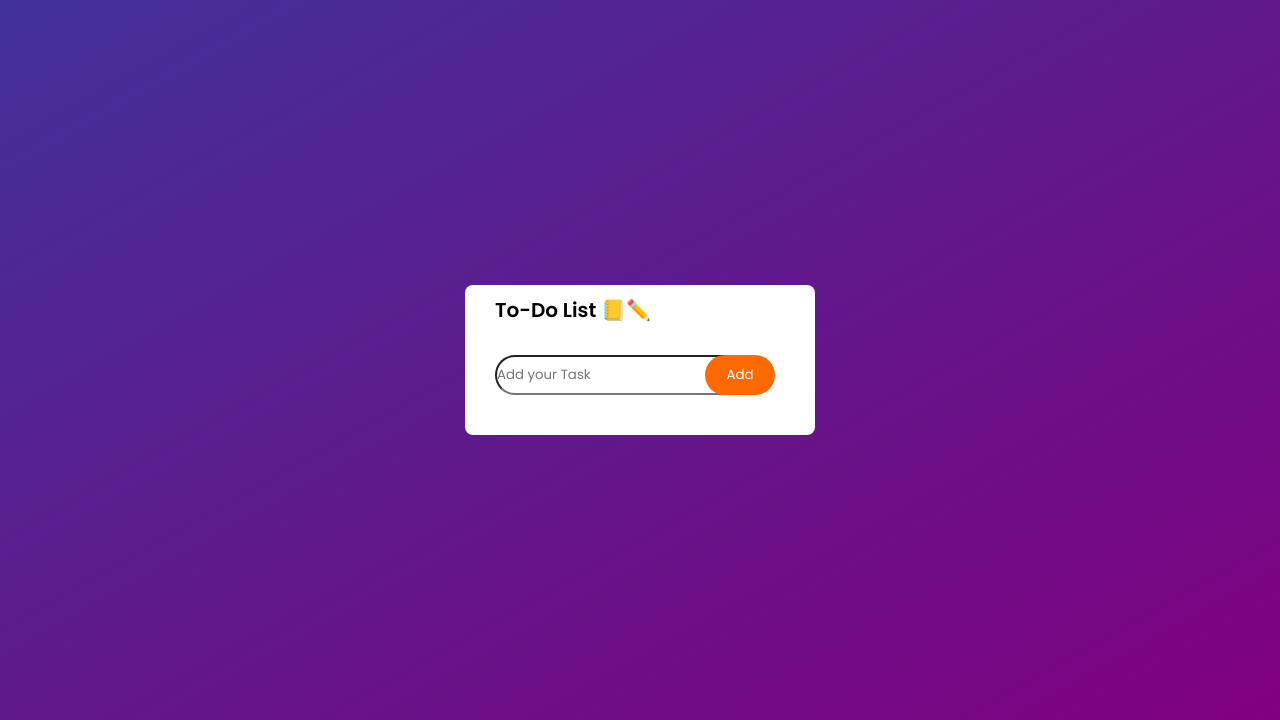
Repository: Ankitkr2021/To-Do-List
Page: index.html
These files come from the project's save history. The page is drawn as it stood at one moment and after the next save; the edit follows.
The browser window is 1280 px wide. The pictures show the whole page.

Above is the page before, as saved 2025-10-03 10:11:02.

### index.html
<!DOCTYPE html>
<html lang="en">
<head>
    <meta charset="UTF-8">
    <meta name="viewport" content="width=device-width, initial-scale=1.0">
    <title>To-Do-List</title>
    <link rel="stylesheet" href="./style.css">
</head>
<body>
    <div class="box">
        <h1>To-Do List 📒✏️</h1>
        <div class="task">
        <input id="add" type="text" placeholder="Add your Task">
        <button type="submit">Add</button>
        </div>
    </div>
</body>
</html>

### style.css
@import url("https://fonts.googleapis.com/css2?family=Poppins:wght@300;400;500;600;700&display=swap");

*{
    margin: 0;
    padding: 0;
    box-sizing: border-box;
    font-family: 'Poppins',sans-serif;
}

body{
    display: flex;
    justify-content: center;
    align-items: center;
    height: 100vh;
    background: linear-gradient(to bottom right, rgba(40, 22, 139, 0.884), purple);
}

.box {
    background: #fff;
    height: 150px;
    max-height: 300px;
    width: 350px;
    border-radius: 8px;
}

.box h1 {
    padding: 10px 30px;
    font-size: 20px;
    font-weight: 600;
}

.task {
    /* background: #000; */
    padding: 20px 30px;
    position: relative;
}

.task input {
    width: 90%;
    height: 40px;
    border-radius: 20px;
}

.task button {
    content: "";
    position: absolute;
    left: 240px;
    height: 40px;
    width: 20%;
    border-radius: 20px;
    background: rgb(255, 106, 0);
    color: #fff;
    border: none;
}

After the next save:
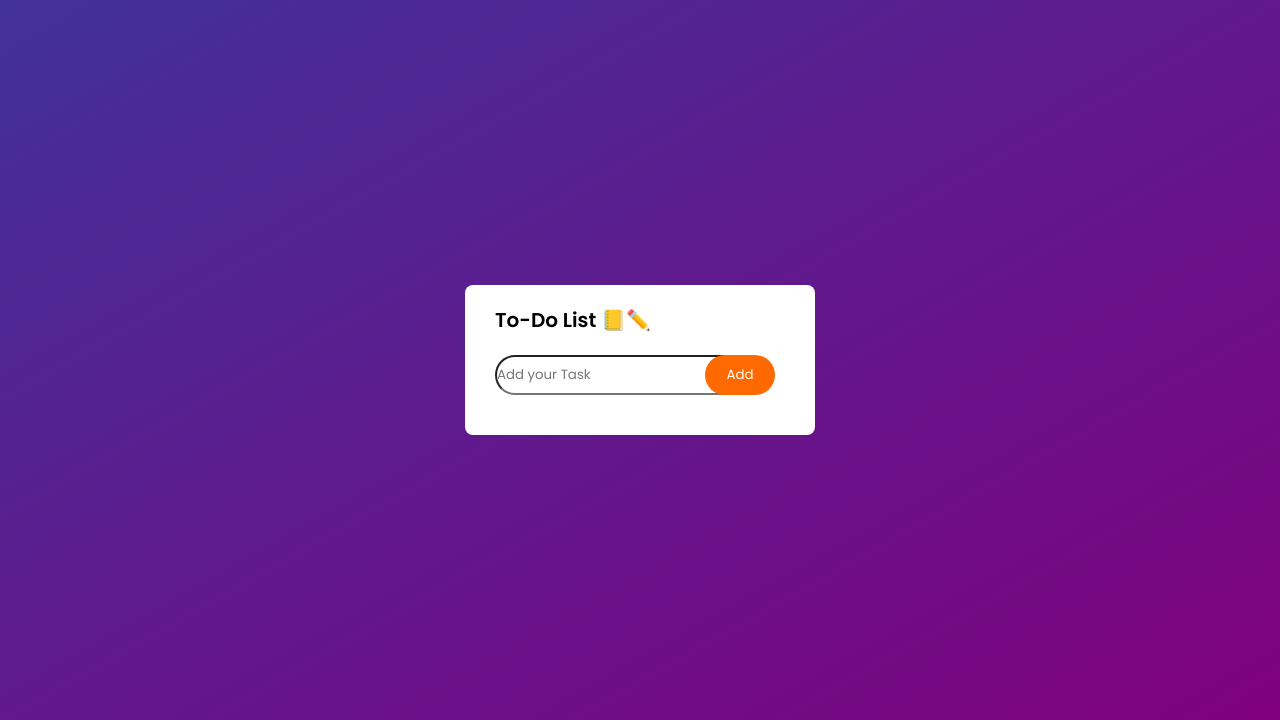
Saved 10 s later.
--- a/style.css
+++ b/style.css
@@ -24,14 +24,14 @@ body{
 }
 
 .box h1 {
-    padding: 10px 30px;
+    padding: 20px 30px;
     font-size: 20px;
     font-weight: 600;
 }
 
 .task {
     /* background: #000; */
-    padding: 20px 30px;
+    padding: 0px 30px;
     position: relative;
 }
 
